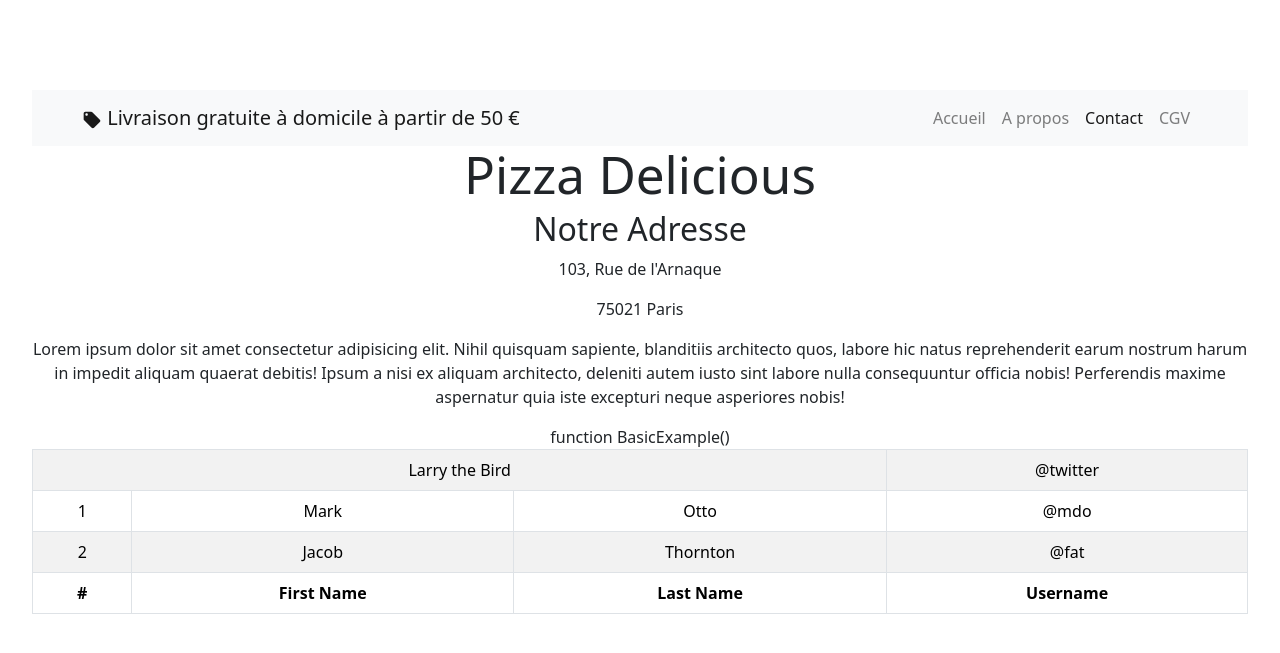
Repository: IchibanDZ/afpadev
Page: /contact (app in Desktop/dev/Pizza/)
An editor plug-in stored every save of this project. The page is shown before and after the next save, followed by the edit.
The browser window is 1280 px wide. The pictures show the whole page.
The project was rebuilt for these pictures with package versions that can differ from the ones it lists, and the page was loaded fresh each time. Also part of the build but not shown: Desktop/dev/Pizza/vite.config.js, Desktop/dev/Pizza/src/components/header/header.css, Desktop/dev/Pizza/src/components/home/home.css, Desktop/dev/Pizza/src/components/about/About.css, Desktop/dev/Pizza/app_pizzeria/pizza-data.js, Desktop/dev/Pizza/src/components/about/About.jsx, Desktop/dev/Pizza/src/components/home/Home.jsx, Desktop/dev/Pizza/src/components/Apropos/Apropos.jsx and 1 more.

Above is the page before, as saved 2024-08-22 11:03:44.

### Desktop/dev/Pizza/index.html
<!doctype html>
<html lang="en">
  <head>
    <meta charset="UTF-8" />
    <link rel="stylesheet" href="https://cdn.jsdelivr.net/npm/bootstrap@4.6.2/dist/css/bootstrap.min.css" integrity="sha384-xOolHFLEh07PJGoPkLv1IbcEPTNtaed2xpHsD9ESMhqIYd0nLMwNLD69Npy4HI+N" crossorigin="anonymous">

    <meta name="viewport" content="width=device-width, initial-scale=1.0" />
    <title>Vite + React</title>
  </head>
  <body>
    <div id="root"></div>
    <script type="module" src="/src/main.jsx"></script>
  </body>
</html>

### Desktop/dev/Pizza/src/App.jsx
import { useState } from 'react'
import 'bootstrap/dist/css/bootstrap.min.css';
import './App.css'
import Header from './components/header/Header'
import Home from './components/home/Home'
import About from './components/about/About'
import Contact from './components/contact/Contact'
import Apropos from './components/Apropos/Apropos'
import Cgv from './components/Cgv/Cgv'
import { BrowserRouter, Route, Routes } from 'react-router-dom';



function App() {
  const [count, setCount] = useState(0)

  return (
    <BrowserRouter>
      <Header />
    <Routes>
      <Route path="/" element={<Home />} />
      <Route path="/about" element={<About />} />
      <Route path="/contact" element={<Contact />} />
      <Route path="/apropos" element={<Apropos />} />
      <Route path="/header" element={<Header />} />
      <Route path="/cgv" element={<Cgv />} />
    </Routes>
  </BrowserRouter>
  )
}

export default App

### Desktop/dev/Pizza/src/components/header/Header.jsx
import React from 'react';
import "./header.css";
import Container from 'react-bootstrap/Container';
import Nav from 'react-bootstrap/Nav';
import Navbar from 'react-bootstrap/Navbar';
import { LinkContainer } from 'react-router-bootstrap';
import { MdLocalOffer } from "react-icons/md";

const Header = () => {
    return (
        <div>
             <Navbar expand="lg" className="bg-body-tertiary">
      <Container>
        <Navbar.Brand href="#home"><MdLocalOffer /> Livraison gratuite à domicile à partir de 50 €</Navbar.Brand>
        <Navbar.Toggle aria-controls="basic-navbar-nav" />
        <Navbar.Collapse id="basic-navbar-nav">
          <Nav className="ms-auto">
            <LinkContainer to="/">
            <Nav.Link>Accueil</Nav.Link>
            </LinkContainer>
            <LinkContainer to="/apropos">
            <Nav.Link>A propos</Nav.Link>
            </LinkContainer>
            <LinkContainer to="/contact">
            <Nav.Link>Contact</Nav.Link>
            </LinkContainer>
            <LinkContainer to="/cgv">
            <Nav.Link>CGV</Nav.Link>
            </LinkContainer>

          </Nav>
        </Navbar.Collapse>
      </Container>
    </Navbar>
        </div>
    )
}

export default Header;

### Desktop/dev/Pizza/src/components/contact/Contact.jsx
import React from 'react'
import Table from 'react-bootstrap/Table';

const Contact = () => {
  return (
    <div>
    <h1>Pizza Delicious</h1>
    <h2>Notre Adresse</h2>
    <p>103, Rue de l'Arnaque</p>
    <p>75021 Paris</p>
    <p>Lorem ipsum dolor sit amet consectetur adipisicing elit. Nihil quisquam sapiente, blanditiis architecto quos, labore hic natus reprehenderit earum nostrum harum in impedit aliquam quaerat debitis! Ipsum a nisi ex aliquam architecto, deleniti autem iusto sint labore nulla consequuntur officia nobis! Perferendis maxime aspernatur quia iste excepturi neque asperiores nobis!</p>
    function BasicExample()

    <Table striped bordered hover>
      <thead>

      </thead>
      <tbody>
      <tr>

          <td colSpan={3
          }>Larry the Bird</td>
          <td>@twitter</td>
        </tr>
        <tr>
          <td>1</td>
          <td>Mark</td>
          <td>Otto</td>
          <td>@mdo</td>
        </tr>
        <tr>
          <td>2</td>
          <td>Jacob</td>
          <td>Thornton</td>
          <td>@fat</td>
        </tr>
        <tr>
          <th>#</th>
          <th>First Name</th>
          <th>Last Name</th>
          <th>Username</th>
        </tr>

      </tbody>
    </Table>


    </div>
  )
}

export default Contact

Loaded but not shown: Desktop/dev/Pizza/src/main.jsx (common file); Desktop/dev/Pizza/src/index.css (common file); Desktop/dev/Pizza/src/App.css (common file)

After the next save:
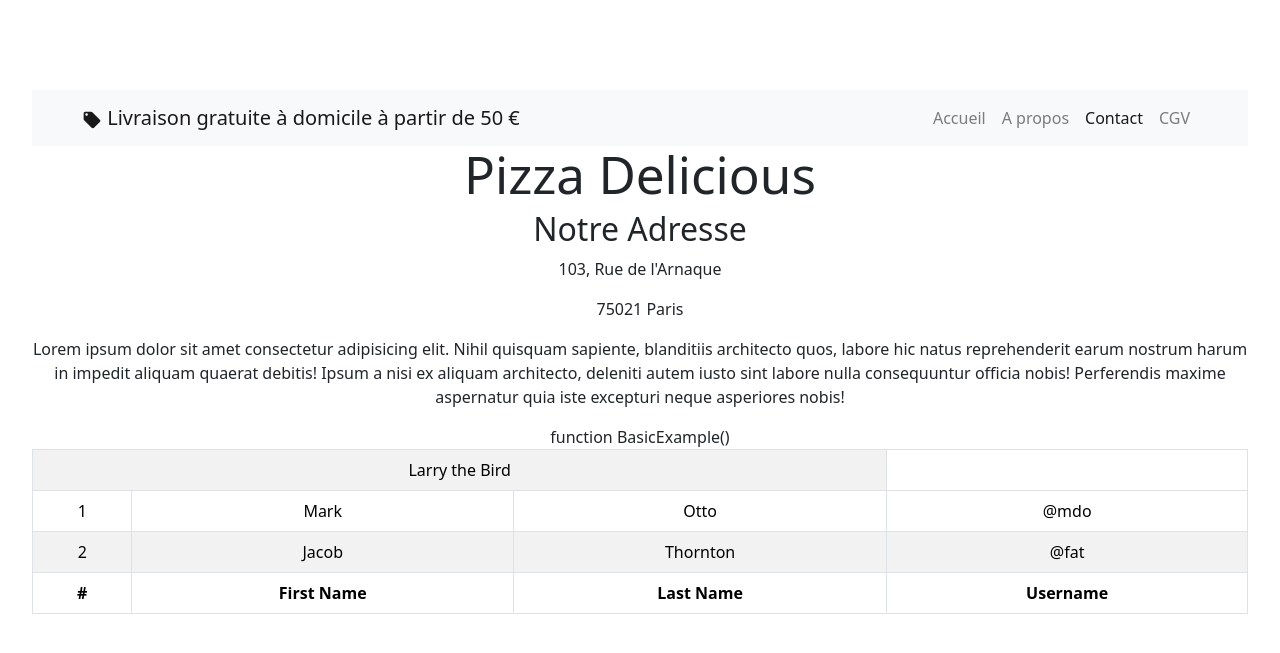
Saved 6 s later.
--- a/Desktop/dev/Pizza/src/components/contact/Contact.jsx
+++ b/Desktop/dev/Pizza/src/components/contact/Contact.jsx
@@ -20,7 +20,7 @@ const Contact = () => {
 
           <td colSpan={3
           }>Larry the Bird</td>
-          <td>@twitter</td>
+
         </tr>
         <tr>
           <td>1</td>
